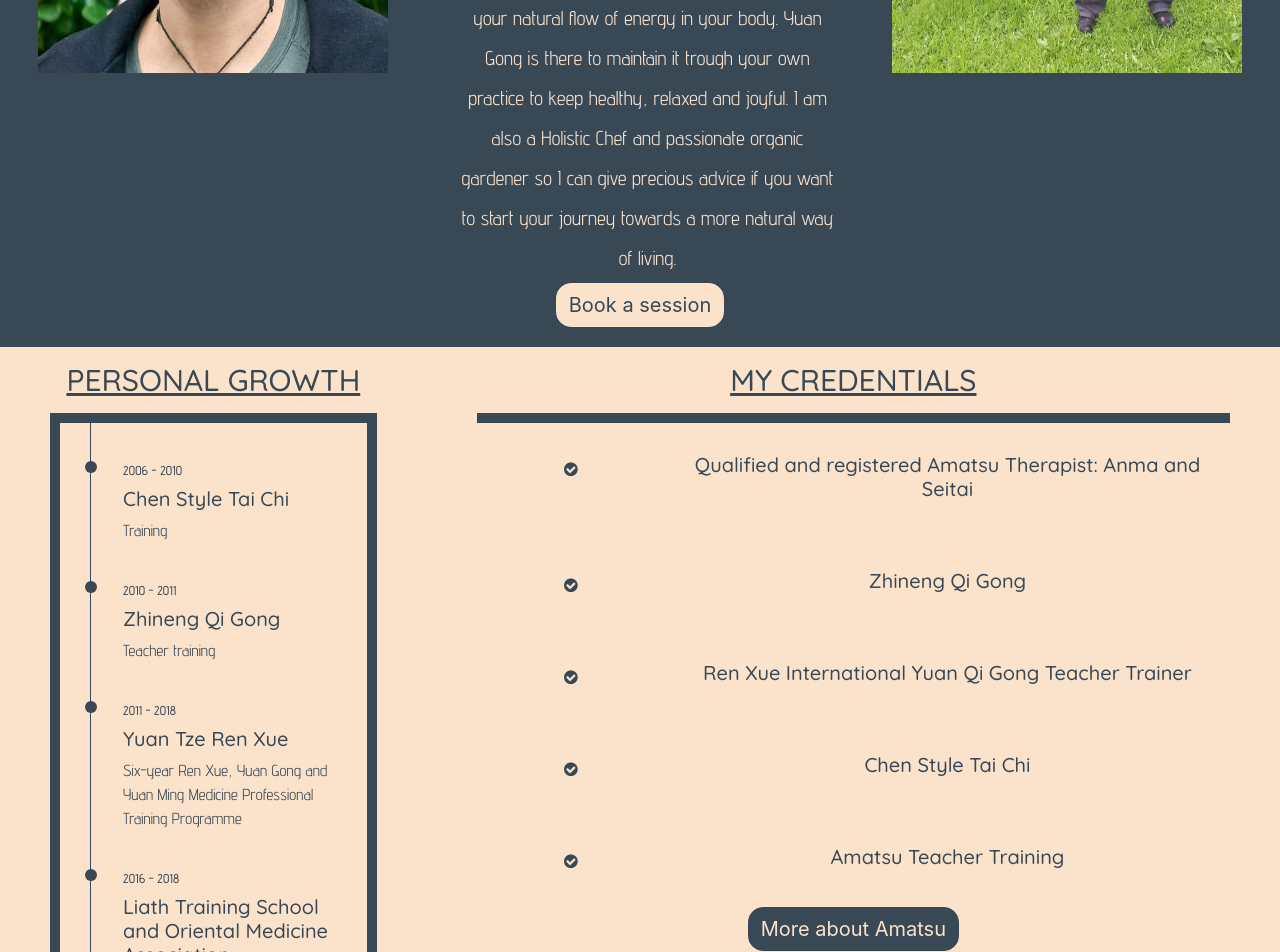
Repository: rainerpue/practitioner_website
Page: about.html
The author's editor kept a record of every edit. The page is drawn from the files as they stood at one moment, then again after the next edit.
The browser window is 1280 px wide. The pictures show the part of the page from y = 627 to 1579 px (the page is 1885 px tall).
Some web libraries are served in a nearby version.

Above is the page before.

### about.html
<!DOCTYPE html>
<html lang="en">

<head>
    <meta charset="UTF-8">
    <meta name="viewport" content="width=device-width, initial-scale=1.0">
    <meta http-equiv="X-UA-Compatible" content="ie=edge">
    <meta name="description" content="Home page | Rainer Puehringer, Find your Energy flow">
    <meta name="keywords" content="qigong, amatsu, therapy, energy flow, body balance, harmony, Japanese therapy, yuan gong, ireland">
    <meta name="author" content="Rainer Puehringer">
    <!-- style links -->
    <link rel="stylesheet" href="https://stackpath.bootstrapcdn.com/bootstrap/4.3.1/css/bootstrap.min.css" type="text/css" />
    <link rel="stylesheet" href="https://stackpath.bootstrapcdn.com/font-awesome/4.7.0/css/font-awesome.min.css" type="text/css" />

    <!-- link to my css file comes after to make sure it render over bootstrap style -->
    <link rel="stylesheet" href="assets/css/style.css" type="text/css" />

    <title>Rainer Puehringer, Find your Energy flow with Yuan Qigong and Amatsu</title>

</head>

<body>
    <!-- navbar and logo -->
    <!-- blue background will only show on bigger screens, set to transparent for mobile device -->
    <nav class="navbar navbar-expand-md fixed-top navbar-light nav-coral">
        <!-- logo -->
        <a href="index.html" class="navbar-brand logo">
            <img src="assets/images/logo.jpeg" width="150" height="100" alt="logo">
        </a>
        <!-- button for smaller devices -->
        <button class="navbar-toggler" type="button" data-toggle="collapse" data-target="#burger" aria-controls="burger" aria-expanded="false" aria-label="Toggle navigation">
    <span class="fa fa-bars"></span>
  </button>
        <!-- navigation items which drop down vertically from burger icon in smaller devices -->
        <div class="collapse navbar-collapse" id="burger">
            <ul class="navbar-nav mr-auto text-uppercase">
                <li class="nav-item">
                    <a class="nav-link" href="index.html">Home</a>
                </li>
                <li class="nav-item">
                    <a class="nav-link" href="about.html">Meet Rainer</a>
                </li>
                <li class="nav-item">
                    <a class="nav-link" href="index.html">Yuan Qigong - Harmony</a>
                </li>
                <li class="nav-item">
                    <a class="nav-link" href="index.html">Amatsu - Japanese Therapy</a>
                </li>
                <li class="nav-item">
                    <a class="nav-link" href="index.html">Contact</a>
                </li>
            </ul>
        </div>
    </nav>

    <!-- end navbar -->


    <!-- about image banner -->
    <main class="about-section">
        <div class="container-fluid">
            <div class="row">
                <div class="col-12 about-image">
                </div>
            </div>
        </div>

        <!-- Rainer's intro -->
        <section class="container-fluid bg-grey about-intro">
            <div class="row">
                <div class="col-12 text-center">
                    <h3 class="text-uppercase">RAINER PUEHRINGER</h3>
                </div>
            </div>
            <div class="row about-details">
                <div class="col-12 col-md-3 col-lg-4 text-center">
                    <img class="about-sm-img" src="assets/images/Rainer.jpeg" width="350" height="400" alt="Rainer Puehringer">
                </div>
                <div class="col-12 col-md-9 col-lg-4 about-content">
                    <p class="text-center">Born in Austria surrounded by nature and loving the beauty of it made me travel some parts of the world to discover other places and its natural flow of Energy. Now having a better understanding of how important it is to keep the body,
                        mind and soul in balance makes me very passionate to keep my Energy flow steadily improving and balanced. Amatsu does that in a very gentle way to restore your natural flow of energy in your body. Yuan Gong is there to maintain
                        it trough your own practice to keep healthy, relaxed and joyful. I am also a Holistic Chef and passionate organic gardener so I can give precious advice if you want to start your journey towards a more natural way of living.</p>
                </div>
                <div class="col-lg-4 d-none d-lg-block text-center">
                    <img src="assets/images/Rainer2.jpeg" width="350" height="400" alt="Rainer doing Qigong movement">
                </div>
            </div>
            <div class="container-fluid">
                <div class="row text-center">
                    <div class="col-12">
                        <a class="btn btn--gal btn--coral" href="#">Book a session</a>
                    </div>
                </div>
            </div>
        </section>

        <!-- timeline -->

        <section class="container-fluid">


            <div class="row bg-coral">
                <div class="col-md-6 col-lg-4 timeline section-column">
                    <div class="row">
                        <div class="col-12">
                            <h3 class="text-uppercase text-center">Personal growth</h3>
                        </div>
                    </div>
                    <div class="history-items">
                        <div class="timeline-item" data-dates="2006 - 2010">
                            <h4>Chen Style Tai Chi</h4>
                            <p>Training</p>
                        </div>
                        <div class="timeline-item" data-dates="2010 - 2011">
                            <h4>Zhineng Qi Gong</h4>
                            <p>Teacher training</p>
                        </div>
                        <div class="timeline-item" data-dates="2011 - 2018">
                            <h4>Yuan Tze Ren Xue</h4>
                            <p>Six-year Ren Xue, Yuan Gong and Yuan Ming Medicine Professional Training Programme</p>
                        </div>
                        <div class="timeline-item" data-dates="2016 - 2018">
                            <h4>Liath Training School and Oriental Medicine Association</h4>
                            <p>Amatsu Practitioner Training Course in Anma and Seitai</p>
                        </div>
                        <div class="timeline-item" data-dates="2018 - ongoing">
                            <h4>Amatsu Teacher Training</h4>
                            <p>Training in Shinden</p>
                        </div>
                    </div>
                </div>

                <!-- small divider only for mobile device to divide the two columns of the same section -->

                <hr class="section-divider-short">

                <!-- qualifications check -->

                <div class="col-md-6 col-lg-8 section-column">
                    <div class="row">
                        <div class="col-12">
                            <h3 class="text-uppercase text-center">My credentials</h3>
                        </div>
                    </div>
                <!-- long divider only for big screen to divide the heading to the content -->
                    <div class="row">
                        <div class="col-12 d-none d-md-block">
                            <hr class="section-divider-long">
                        </div>
                    </div>
                    <div class="row text-center qualif-section">
                        <div class="col-3">
                            <i class="fa fa-check-circle"></i>
                        </div>
                        <div class="col-9">
                            <h4>Qualified and registered Amatsu Therapist: Anma and Seitai</h4>
                        </div>
                    </div>
                    <div class="row text-center qualif-section">
                        <div class="col-3">
                            <i class="fa fa-check-circle"></i>
                        </div>
                        <div class="col-9">
                            <h4>Zhineng Qi Gong</h4>
                        </div>
                    </div>
                    <div class="row text-center qualif-section">
                        <div class="col-3">
                            <i class="fa fa-check-circle"></i>
                        </div>
                        <div class="col-9">
                            <h4>Ren Xue International Yuan Qi Gong Teacher Trainer</h4>
                        </div>
                    </div>
                    <div class="row text-center qualif-section">
                        <div class="col-3">
                            <i class="fa fa-check-circle"></i>
                        </div>
                        <div class="col-9">
                            <h4>Chen Style Tai Chi</h4>
                        </div>
                    </div>
                    <div class="row text-center qualif-section">
                        <div class="col-3">
                            <i class="fa fa-check-circle"></i>
                        </div>
                        <div class="col-9">
                            <h4>Amatsu Teacher Training</h4>
                        </div>
                    </div>


                    <div class="row text-center">
                        <div class="col-12">

                            <a class="btn btn--gal btn--grey" href="#">More about Amatsu</a>
                        </div>
                    </div>
                </div>
            </div>
        </section>
    </main>
    <!-- footer -->

    <footer>
        <div class="container-fluid bg-grey">
            <div class="row footer-row">
                <div class="col-12 col-md-4 footer-contact">
                    <a class="btn btn--gal btn--grey text-uppercase" href="#">Contact Me Here</a>
                </div>
                <div class="col-12 col-md-2 footer-contact">
                    <h5 class="text-uppercase">or at the following:</h5>
                </div>
                <div class="col-12 col-md-2 footer-contact">
                    <p>085-2896636</p>
                </div>
                <div class="col-12 col-md-2 footer-contact">
                    <p>rainerpue@hotmail.com</p>
                </div>
                <div class="col-12 col-md-2 footer-contact">
                    <a class="socialmedia" href="https://www.facebook.com/YuanGongandAmatsuwithRainer/" target="_blank">
                    <i class="fa fa-facebook"></i>
                    <span class="sr-only">Facebook</span>
                    </a>
                </div>
            </div>
        </div>
    </footer>

    <script src="https://code.jquery.com/jquery-3.2.1.slim.min.js " integrity="sha384-KJ3o2DKtIkvYIK3UENzmM7KCkRr/rE9/Qpg6aAZGJwFDMVNA/GpGFF93hXpG5KkN " crossorigin="anonymous "></script>
    <script src="https://cdnjs.cloudflare.com/ajax/libs/popper.js/1.12.9/umd/popper.min.js " integrity="sha384-ApNbgh9B+Y1QKtv3Rn7W3mgPxhU9K/ScQsAP7hUibX39j7fakFPskvXusvfa0b4Q " crossorigin="anonymous "></script>
    <script src="https://maxcdn.bootstrapcdn.com/bootstrap/4.0.0/js/bootstrap.min.js " integrity="sha384-JZR6Spejh4U02d8jOt6vLEHfe/JQGiRRSQQxSfFWpi1MquVdAyjUar5+76PVCmYl " crossorigin="anonymous "></script>
</body>

</html>

### assets/css/style.css
@import url('https://fonts.googleapis.com/css?family=Advent+Pro:100,200,300,400,500,600,700|Quicksand:300,400,500,700|Poppins:100,200,300,400,500,600,700,800');

body {}

/*-----------------------------------------Colour */

.nav-coral {
    background-color: transparent;
}

.bg-grey {
    background-color: #384955;
    color: #FAE2CB;
}

.bg-coral {
    background-color: #FAE2CB;
    color: #384955;
}


/*-----------------------------------------Special paddings/margins/texts */

.container-fluid {
    margin: 0;
}

.text-uppercase {
    text-transform: uppercase;
}

.text-center {
    text-align: center;
    margin: 0;
}

h3 {
    padding: 15px 0 15px;
    font-family: "Quicksand", sans-serif;
    font-weight: 500;
    font-size: 30px;
    text-decoration: underline;
}

h4 {
    font-family: "Quicksand", sans-serif;
    font-weight: 500;
    font-size: 20px;
}

a {
    text-decoration: none;
    cursor: pointer;
}

.section-column {
    display: table-cell;
    padding: 0 30px 30px;
    float: none;
}

/*-----------------------------------------buttons */

.btn:hover {
    color: #fafafa;
    text-decoration: none;
}

.btn--gal {
    margin-bottom: 0;
    margin-top: 0;
    border-radius: 15px;
    font-size: 20px;
    text-decoration: none;
    cursor: pointer;
}

.btn--grey {
    background-color: #384955;
    border-color: #384955;
    color: #FAE2CB;
}

.btn--grey:hover {
    color: #FF8863;
}

.btn--coral {
    background-color: #FAE2CB;
    border-color: #FAE2CB;
    color: #384955;
}

.btn--coral:hover {
    color: #87B0CD;
}

.btn--footer {
    color: #FAE2CB;
}

/*-----------------------------------------section divider */

.section-divider-short {
    width: 75px;
    height: 5px;
    border: 0;
    background-color: #fafafa;
}

.section-divider-long {
    width: 100%;
    height: 10px;
    border: 0;
    background-color: #384955;
    margin: 0;
}

/*-----------------------------------------logo */

.logo {
    display: inline-block;
    padding: 0;
    margin: 0;
    line-height: inherit;
    white-space: nowrap;
    background-position: center;
    background-repeat: no-repeat;
     -o-transition: all .5s ease-in-out;
    transition: all .5s ease-in-out;
    -moz-transition: all .5s ease-in-out;
    -webkit-transition: all .5s ease-in-out;
}

/*-----------------------------------------burger icon */

.fa-bars {
    font-size: 30px;
    padding: 5px;
}

.navbar-light .navbar-toggler {
    border-color: rgba(0, 0, 0, .3);
    margin-right: 15px;
}

/*-----------------------------------------nav */

.navbar {
    padding: 0;
    text-align: center;
    overflow: auto;
}

.navbar-collapse {
    background-color: #FAE2CB
}

.nav-item {
    padding-left: 15px;
}

.nav-item a {
    color: #384955;
    font-family: "Quicksand", sans-serif;
    font-weight: 500;
    font-size: 20px;
    -webkit-transition: background-color .2s ease-in-out, color .2s ease-in-out;
    -o-transition: background-color .2s ease-in-out, color .2s ease-in-out;
    transition: background-color .2s ease-in-out, color .2s ease-in-out;
}

.nav-item a:hover {
    color: #FAE2CB!important;
    background-color: #384955;
}

/*-----------------------------------------full background image with attention */

.home-image {
    min-height: 95vh;
    -webkit-box-align: center;
        -ms-flex-align: center;
            align-items: center;
    position: relative;
    background: url(../images/home-image.jpg) no-repeat center center fixed;
    background-size: cover;
    padding-top: 100px;
}

.opaque-overlay {
    position: absolute;
    top: 0;
    left: 0;
    height: 100%;
    width: 100%;
    background: rgba(0, 0, 0, 0.2);
}

.attention {
    width: 80%;
    color: #fafafa;
    font-family: "Advent Pro", sans-serif;
    font-size: 40px;
    font-weight: 600;
    padding-left: 15px;
    padding-top: 200px;
}

/*-----------------------------------------testimonials in carrousel */

.testimonials {
    padding-bottom: 20px;
}

.slide {
    position: relative;
    display: -webkit-box;
    display: -ms-flexbox;
    display: flex;
    -webkit-box-align: center;
        -ms-flex-align: center;
            align-items: center;
    min-height: 30vh;
    text-align: center;
    padding: 5px 30px;
    margin-bottom: 20px
}

blockquote {
    width: 80px;
    font-family: "Advent Pro", sans-serif;
    font-weight: 500;
    font-size: 30px;
}

/*-----------------------------------------home intro section */

.intro {
    width: 100%;
    padding: 0;
    padding-bottom: 20px;
    min-height: 20vh;
}

.content-intro {
    font-family: "Advent Pro", sans-serif;
    font-size: 20px;
    font-weight: 400;
    margin-bottom: 20px;
}

/*-----------------------------------------footer */

.footer-row {
    padding: 0 15px;
    text-align: center;
    margin-bottom: 20px;
}

.footer-contact {
    font-family: "Advent Pro", sans-serif;
    text-align: center;
    -webkit-box-align: center;
        -ms-flex-align: center;
            align-items: center;
    -webkit-box-pack: center;
        -ms-flex-pack: center;
            justify-content: center;
    color: #FAE2CB;
    padding: 0;
    margin: 0;
}

.footer-contact p {
    font-weight: 400;
    font-size: 20px;

}

.footer-contact h5 {
    font-weight: 400;
    font-size: 20px;
}

.socialmedia i {
    width: 32px;
    height: 32px;
    padding: 12px 0;
    border-radius: 50%;
    font-size: 13px;
    line-height: 7px;
    text-align: center;
    color: #384955;
    background: #FAE2CB;
    transition: all 0.35s ease-in-out;
    -moz-transition: all 0.35s ease-in-out;
    -webkit-transition: all 0.35s ease-in-out;
    -o-transition: all 0.35s ease-in-out;
}

.social-links i:hover {
    background: #e84610;
}

/*-----------------------------------------about page */

.about-section {
    margin: 0;
    padding: 0;
    min-height: 25vh;
}

.about-image {
    min-height: 30vh;
    background: url(../images/about-image.jpg);
    -webkit-background-size: 100% 100%;
    -moz-background-size: 100% 100%;
    -o-background-size: 100% 100%;
    background-size: 100% 100%;
    width: 100vw;
    background-repeat: no-repeat;
    position: relative;
}

.about-intro {
    padding-top: 10px;
    padding-bottom: 20px;
}

.about-sm-img {
    position: relative;
    -webkit-box-align: center;
        -ms-flex-align: center;
            align-items: center;
    justify-content: center;
}

.about-content {
    position: relative;
    text-align: center;
    padding-top: 5px;
    padding-bottom: 5px;
    padding-left: 30px;
    line-height: 200%;
    font-family: "Advent Pro", sans-serif;
    font-size: 20px;
    font-weight: 400;
}

/*-----------------------------------------timeline */

.timeline {
    margin: 0;
}

.timeline-item {
    padding: 4em 2em 0em 2em;
    position: relative;
    color: #384955;
    border-left: 1px solid;
    font-family: "Advent Pro", sans-serif;
}

.timeline-item p {
    padding: 0;
    margin: 0;
}

.timeline-item:before {
    content: attr(data-dates);
    position: absolute;
    left: 2.5em;
    top: 3em;
    display: block;
    font-family: "Advent Pro", sans-serif;
    font-weight: 500;
    font-size: 0.8em;
    padding: 0;
    margin: 0;
}

.timeline-item:after {
    width: 12px;
    height: 12px;
    display: block;
    position: absolute;
    top: 2.4em;
    left: -6px;
    border-radius: 12px;
    content: "";
    background-color: #384955;
}

.history-items {
    padding-left: 30px;
    padding-bottom: 15px;

}

/*-----------------------------------------qualifications */

.qualif-section {
    padding: 30px 0 30px;
    line-height: 200%;
}

/*-----------------------------------------media queries */

/*-----------------------------------------media query to add navbar color background color on bigger screens */

@media (min-width: 768px) {
    .nav-coral {
        background-color: #FAE2CB;
    }
}

@media (min-width: 768px) {
    .attention {
        padding-top: 400px;
        width: 60%;
        font-size: 50px;
    }
}

@media (min-width: 768px) {
    .slide {
        min-height: 20vh;
    }
}

@media (min-width: 768px) {
    .section-divider-short {
        width: 0px;
        height: 0px;
        border: 0;
    }
}

@media (min-width: 768px) {
    .footer-contact {
        display: -webkit-box;
        display: -ms-flexbox;
        display: flex;
    }
}

@media (min-width: 768px) {
    .footer-contact h5 p a {
        padding-left: 15px;
    }
}

@media (min-width: 768px) {
    .history-items {
        border: 10px solid;
    }
}

@media (min-width: 768px) {
    .section-column {
        padding: 0 50px 0;
    }

@media (min-width:768px) {
    .about-content {
    position: relative;
    -webkit-box-align: auto;
        -ms-flex-align: auto;
            align-items: auto;
}
}

After the next edit:
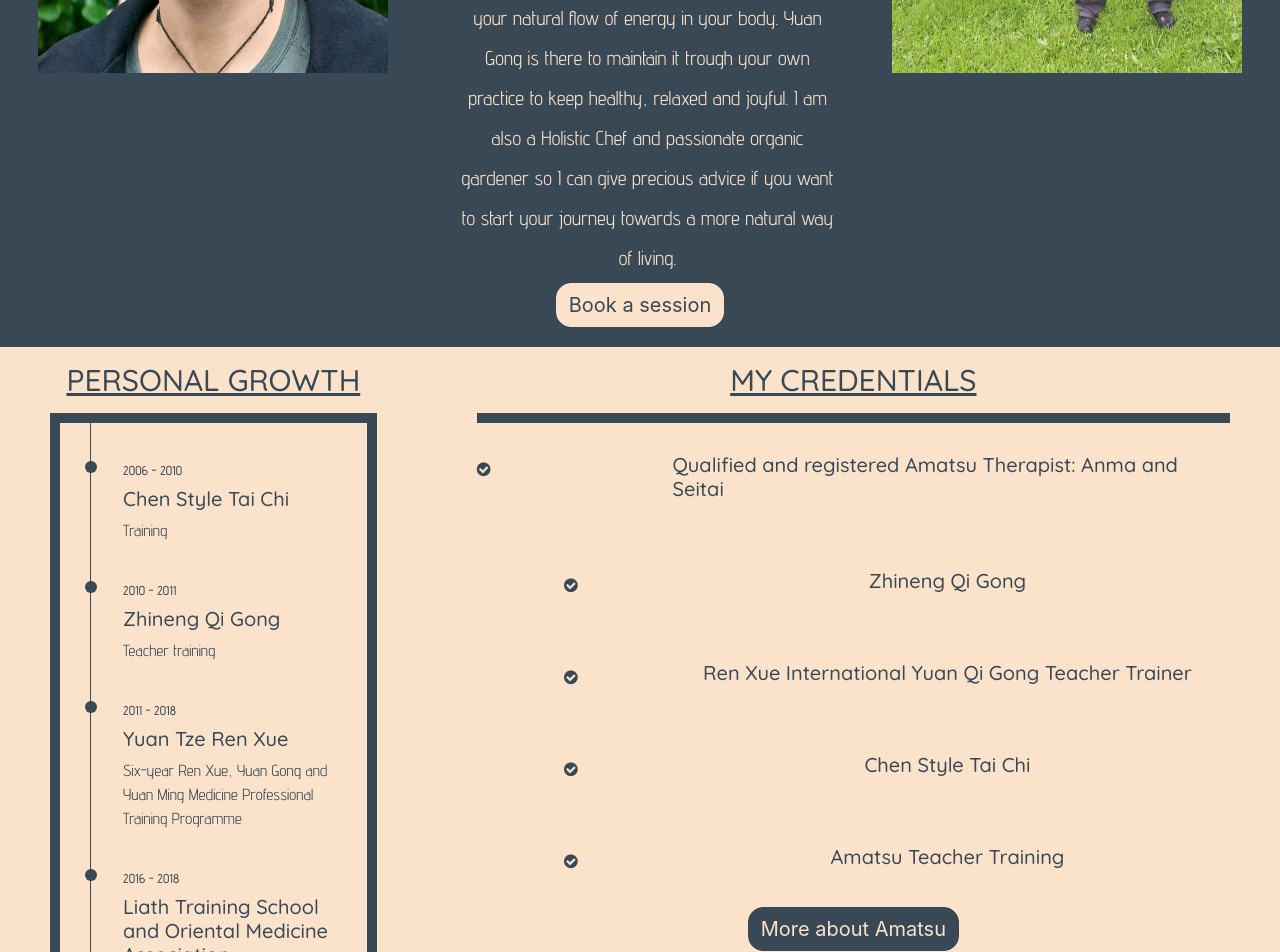
The edit:
--- a/about.html
+++ b/about.html
@@ -148,7 +148,7 @@
                             <hr class="section-divider-long">
                         </div>
                     </div>
-                    <div class="row text-center qualif-section">
+                    <div class="row qualif-section">
                         <div class="col-3">
                             <i class="fa fa-check-circle"></i>
                         </div>
